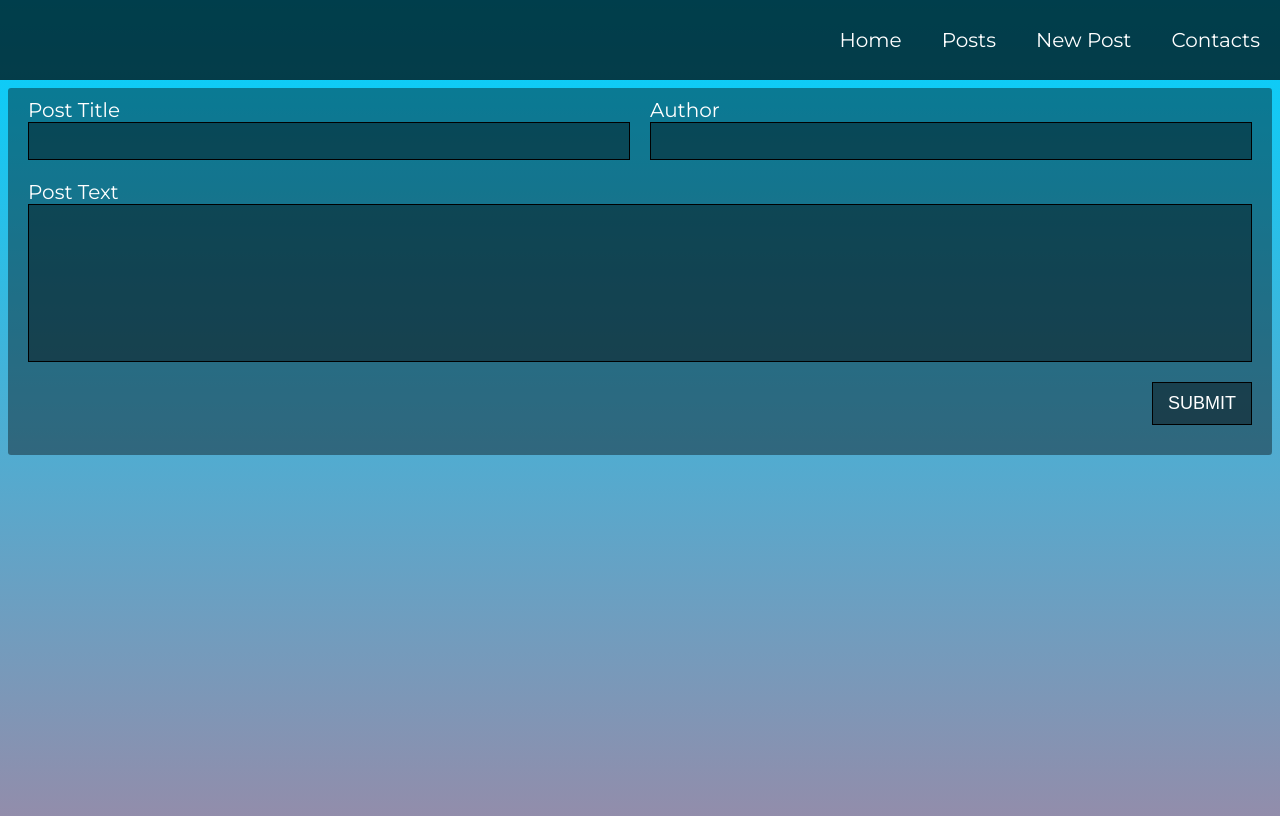
Repository: EgorSherstnev/https---github.com-EgorSherstnev-Node_FirstProject
Page: http://localhost/add-post
An editor plug-in stored every save of this project. The page is shown before and after the next save, followed by the edit.
The browser window is 1280 px wide. The pictures show the whole page.
The page is served by the project's Node server (server.js).

Above is the page before, as saved 2023-03-08 22:30:48.

After the next save:
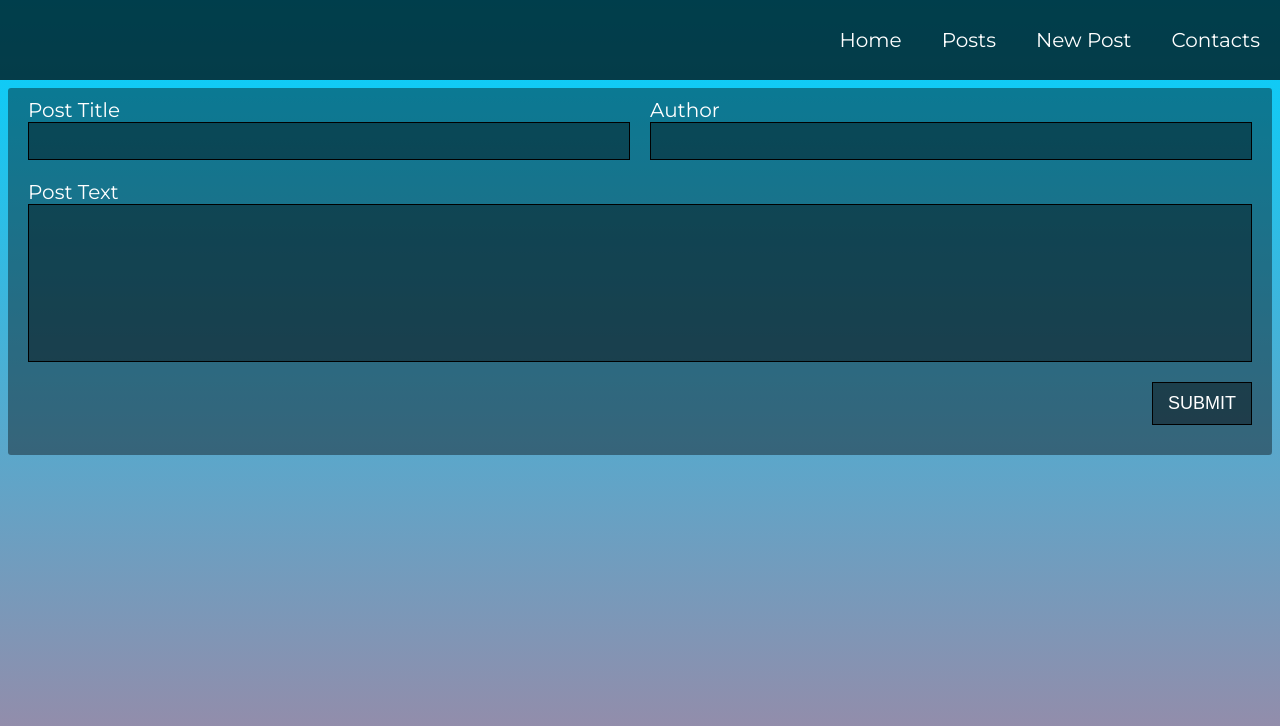
Saved 105 s later.
--- a/ejs-views/add-post.ejs
+++ b/ejs-views/add-post.ejs
@@ -5,111 +5,7 @@
   <title>Node.js Course | <%= title %></title>
   <link rel="preconnect" href="https://fonts.gstatic.com">
   <link href="https://fonts.googleapis.com/css2?family=Montserrat&display=swap" rel="stylesheet">
-  <style>
-    body {
-      padding-top: 80px;
-      min-height: 100vh;
-      font-family: 'Montserrat', sans-serif;
-      font-size: 20px;
-      background: linear-gradient(to bottom, #00d2ff, #928dab);
-      color: #fff;
-    }
-
-    h1 {
-      text-transform: uppercase;
-    }
-
-    nav {
-      position: absolute;
-      top: 0;
-      left: 0;
-      right: 0;
-      min-height: 60px;
-      display: flex;
-      justify-content: flex-end;
-      background-color: rgba(0,0,0,0.7);
-    }
-
-    nav ul {
-      margin: 0;
-      display: flex;
-    }
-
-    nav a {
-      min-height: 60px;
-      display: block;
-      padding: 10px 20px;
-      line-height: 60px;
-    }
-
-    li {
-      list-style: none;
-    }
-
-    ul {
-      padding: 0;
-    }
-
-    a {
-      text-decoration: none;
-      color: #fff;
-    }
-
-    form {
-      background-color: rgba(0,0,0,0.4);
-      padding: 10px 20px;
-      border-radius: 3px;
-      display: flex;
-      flex-direction: column;
-    }
-
-    form div {
-      margin-bottom: 20px;
-      display: flex;
-    }
-
-    form div label {
-      display: flex;
-      flex-direction: column;
-      flex: 1;
-    }
-
-    .form-info {
-      justify-content: space-between;
-      gap: 20px;
-    }
-
-    input,
-    textarea {
-      min-height: 30px;
-      border: 1px solid #000;
-      background-color: rgba(0,0,0,0.4);
-      color: #fff;
-      font-size: 18px;
-      padding: 3px 5px;
-      outline: none;
-    }
-
-    textarea {
-      resize: none;
-      min-height: 150px;
-    }
-
-    .form-button {
-      display: flex;
-      justify-content: flex-end;
-    }
-
-    .form-button input {
-      text-transform: uppercase;
-      padding: 10px 15px;
-      cursor: pointer;
-    }
-
-    .form-button input:hover {
-      background-color: rgba(0,0,0,0.6);
-    }
-  </style>
+  <link rel="stylesheet" href="/main.css">
 </head>
 <body>
   <%- include('./partials/nav.ejs') %>
